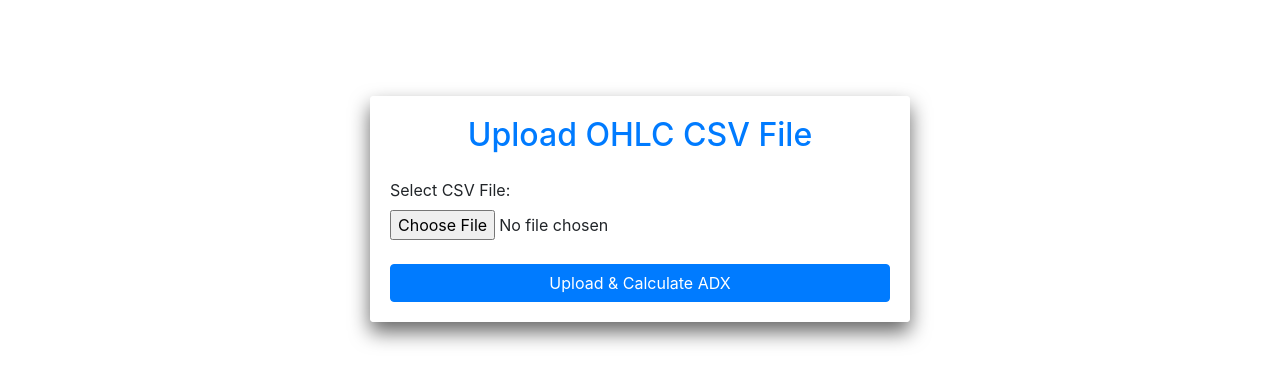
Repository: TEJAS-MI/Intelliqube-Assignment
Page: http://localhost/
The author's editor kept a copy of each file at every save. The page is drawn from the files as they stood at one save, then again after the next save.
The browser window is 1280 px wide. The pictures show the whole page.
The page is served by the project's application, run on Django 2.2 (manage.py).

Above is the page before, as saved 2025-12-03 19:42:30.

After the next save:
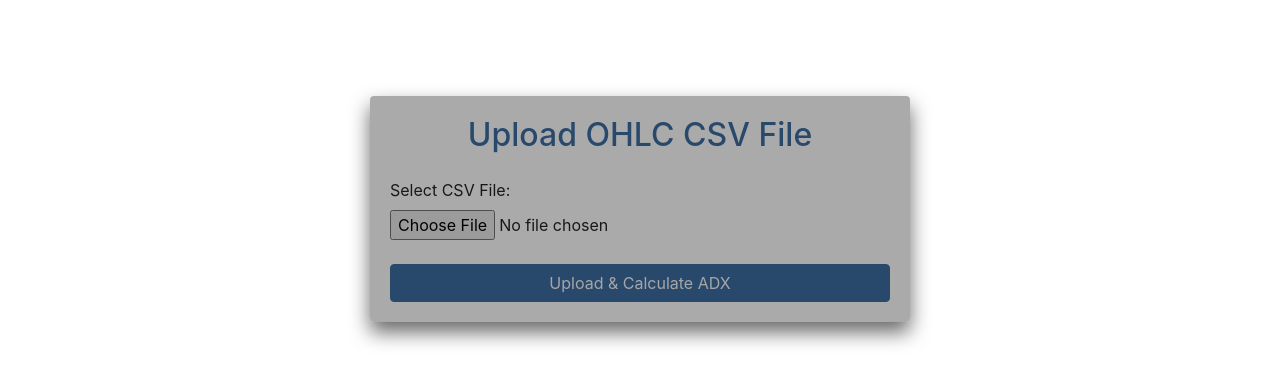
Saved 9 s later.
--- a/adxapp/templates/adxapp/index.html
+++ b/adxapp/templates/adxapp/index.html
@@ -17,7 +17,7 @@
   </head>
 
     <body style="
-        background-image: url('{' %}');
+
         background-size: cover;          /* Ensures the image fills the entire viewport */
         background-attachment: fixed;    /* Keeps the background fixed when scrolling */
         background-position: center center; /* Centers the image */
